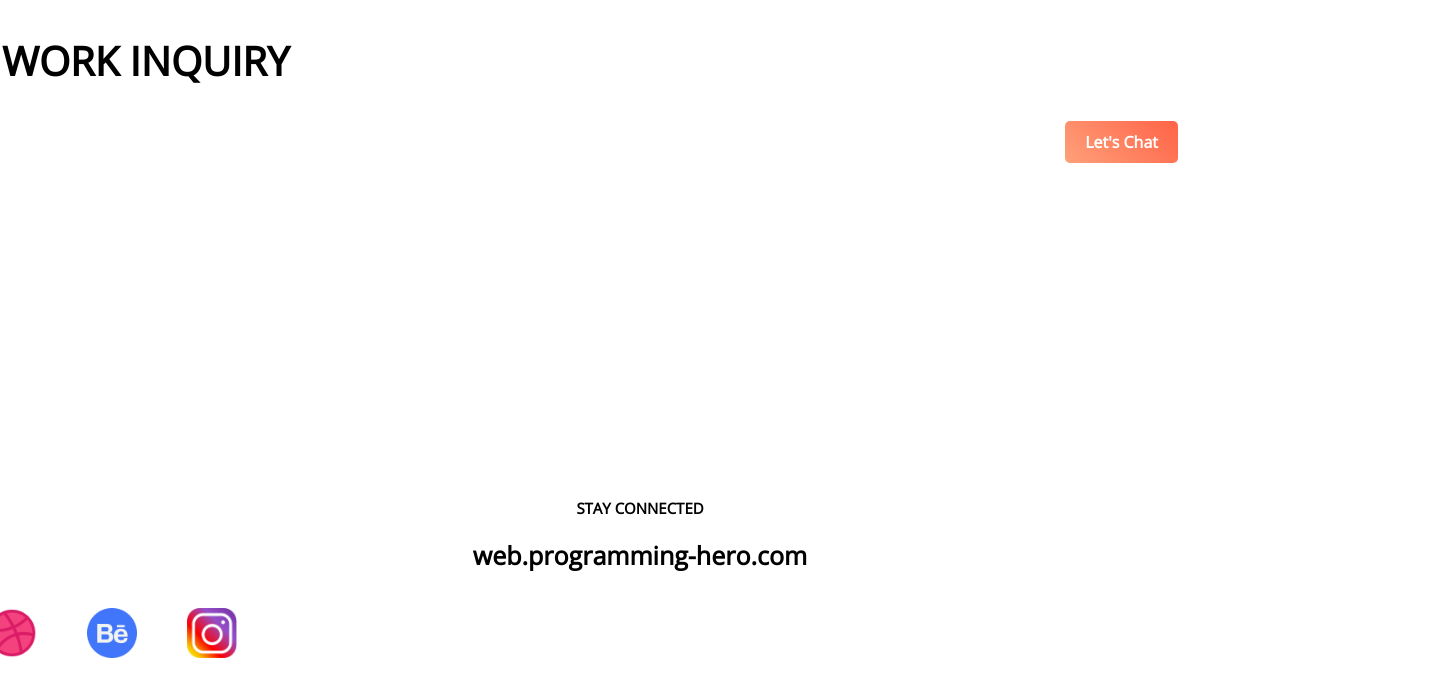
Repository: sabbircse3/personal-website
Page: index.html
The author's editor kept a copy of each file at every save. The page is drawn from the files as they stood at one save, then again after a run of saves.
The browser window is 1280 px wide. The page is 1442 px wide, so the pictures cover 1442 px, including what lies to the right of the window. The pictures show the part of the page from y = 2386 to 3079 px (the page is 3079 px tall).

Above is the page before, as saved 2021-01-06 03:47:47.

### index.html
<!DOCTYPE html>
<html lang="en">
<head>
    <title>personal-website</title>
    <link rel="preconnect" href="https://fonts.gstatic.com">
    <link href="https://fonts.googleapis.com/css2?family=Open+Sans&display=swap" rel="stylesheet">
    <link rel="stylesheet" href="style.css">
</head>
<body>

        <div class="menu-1">
            <ul id="menu">
                <li><a href="#">Contact</a></li>
                <li><a href="#">Protfolio</a></li>
                <li><a href="#">Work</a></li>
                <li><a href="#">About</a></li>
            </ul>
        </div>


    <section class="top-banner ">
        <div class="half-width">
            <h1>HELLO, I'M <br> <span class="name-highlight">SABBIR HASAN</span></h1>
            <p>A full stack allaround designer that placerat in massa consectetur</p>
            <a class="link-button" target="_blank" href="https://www.linkedin.com/company/programminghero/">HIRE ME</a>
        </div>

        <div class="half-width">
            <img src="images/sabbir1.png" alt="">
        </div>
    </section>

    <section class="about ">
        <div class="half-width">
            <img src="images/sabbir1.png" alt="">
        </div>

        <div class="half-width">
            <h2> ABOUT</h2>
            <p>Lorem Ipsum is simply dummy text of the printing and typesetting industry. Lorem Ipsum has been the industry's standard dummy text ever since the 1500s, when an unknown printer took a galley of type and scrambled it to make a type specimen book.</p>
            <a class="link-button" target="_blank" href="https://www.linkedin.com/company/programminghero/">Download CV</a>
        </div>

    </section>

    <section class="experience-area">
        <h2 id="head-center"><span class="name-highlight">LASTET</span> WORKING PROJECT</h2>
        <div id="first-project" class="half-width single-experience">
            <img  src="images/image 4.png" alt="" class="center">
            <h3>Power-x-gym (gym website)</h3>
            <p>Lorem Ipsum is simply dummy text of the printing and typesetting industry.</p>

        </div>

        <div id="next-project" class="half-width single-experience">
            <img src="images/image 5.png" alt="" class="center">
            <h3>Creative Agency</h3>
            <p>Lorem Ipsum is simply dummy text of the printing and typesetting industry.</p>

        </div>

        <div id="next-project" class="half-width single-experience">
            <img src="images/image 8.png" alt="" class="center">
            <h3>Hard Rock Music</h3>
            <p>Lorem Ipsum is simply dummy text of the printing and typesetting industry.</p>

        </div>

    </section>



    <section class="education">
        <h1> <span class="name-highlight">EDU</span>CATION</h1>
        <div id="bachelor" class="half-width single-experience">
            <h3>Bachelor of Science in Computer Science</h3>
            <h3 class="blue-highlight">Khwaja Yunus Ali University</h3>
            <h3 class="orange-highlight">2016-2020</h3>
            <p>It is a reputaed private university in this country Bangladesh.</p>
        </div>

        <div id="others" class="half-width single-experience">
            <h3>Higher School Certificate</h3>
            <h3 class="blue-highlight">Bhagopara Shahid Dhanesh Uddin School and Collage</h3>
            <h4 class="orange-highlight">2014-2016</h4>
            <p>It is one of the best collage in our north said of country</p>
        </div>

		<div id="others" class="half-width single-experience">
            <h3>Secoundary School Certificate</h3>
            <h3 class="blue-highlight">Rajapur High School</h3>
            <h4 class="orange-highlight">2009-2014</h4>
            <p>This school is one of the best school in my native area where i was bron.</p>
        </div>

    </section>


    <section>
        <div class="lowest-banner">
            <h2>WORK INQUIRY </h2>
        </div>

        <div>
            <a class="chat-button" target="_blank" href="https://www.linkedin.com/company/programminghero/">Let's Chat</a>
        </div>

    </section>


    <footer>
        <h3>STAY CONNECTED</h3>
        <h2>web.programming-hero.com</h2>
        <div class="chat">
            <div class="chat chat-experience">
                <img  src="images/image 6.png" alt="" class="center">
            </div>

            <div  class="chat chat-experience">
                <img src="images/Group 33059.png" alt="" class="center">
            </div>

            <div  class="chat chat-experience">
                <img src="images/image 7.png" alt="" class="center">
            </div>
        </div>

    </footer>




</body>
</html>

### style.css
body{
    font-family: 'Open Sans', sans-serif;
    margin: 2px;
    font-style: normal;
}
.menu-1{
	height: 90px;
}
#menu{
	list-style-type:none;
	width:900px;
	margin:10px auto;
}
#menu li{
	float:right;
}
#menu li a{
	color:black;
	text-decoration:none;
	padding:5px 10px;
}

h1{
    font-size: 50px;
}
h2{
    font-size: 40px;
}

.name-highlight{
    color: #FF8367;
}
.top-banner{

}
.half-width{
    width: 35%;
    float: left;
    margin-left: 5%;
    padding-left: 2%;
}
.half-width img{
    width: 100%;
}
section{
    height: 450px;
}
.link-button{
    text-decoration: none;
    background-image: linear-gradient(45deg, lightSalmon, tomato);
    padding: 10px 20px;
    border-radius: 5px;
    color: white;
    font-weight: 700;
}
#head-center{
    text-align: center;
    margin: 80px;
    padding: 50px;
}
.experience-area{
    background-color: #E5E5E5;
    background-position: left;
    width: 1440px;
    height: 814px;
}
.center {
    display: block;
    margin-left:-15px;
    margin-top: 15px;
    width: 50%;
  }
.orange-highlight{
    color: orange;
}
.single-experience{
    box-shadow: 0px 4px 4px rgba(0, 0, 0, 0.25);
    border-radius: 10px;
	height: 45%;
	width: 23%;
}
#first-project{
    background-color: white;
}
#next-project{
	background-color: white;
}

.education{
    background-image: url("images/exp-bg.png");
    background-repeat: no-repeat;
    background-position: left;
}
#bachelor{
    border-left: 7px solid;
    border-image: linear-gradient(180deg, lightSalmon, tomato);
    border-image-slice: 1;
    background-color: white;
    height: 55%;
	width: 25%;
}
#others{
    border-left: 7px solid;
    border-image: linear-gradient(180deg, blue, cyan);
    border-image-slice: 1;
    height: 55%;
	width: 25%;
}
.blue-highlight{
    color:rgba(0, 0, 139, 0.705);
}
.lowest-banner{


}
.chat-button{
    text-decoration: none;
    background-image: linear-gradient(45deg, lightSalmon, tomato);
    padding: 10px 20px;
    margin-right: 100px;
    border-radius: 5px;
    color: white;
    font-weight: 700;
    float: right;
}

footer h2{
    text-align: center;
    font-size: 25px;
}
footer h3{
    text-align: center;
    font-size: 15px;
}
.chat{
    mar
}
.chat-experience{
	height: 100px;
    width: 100px;
    display: block;
    float:left;
}

After the next 5 saves:
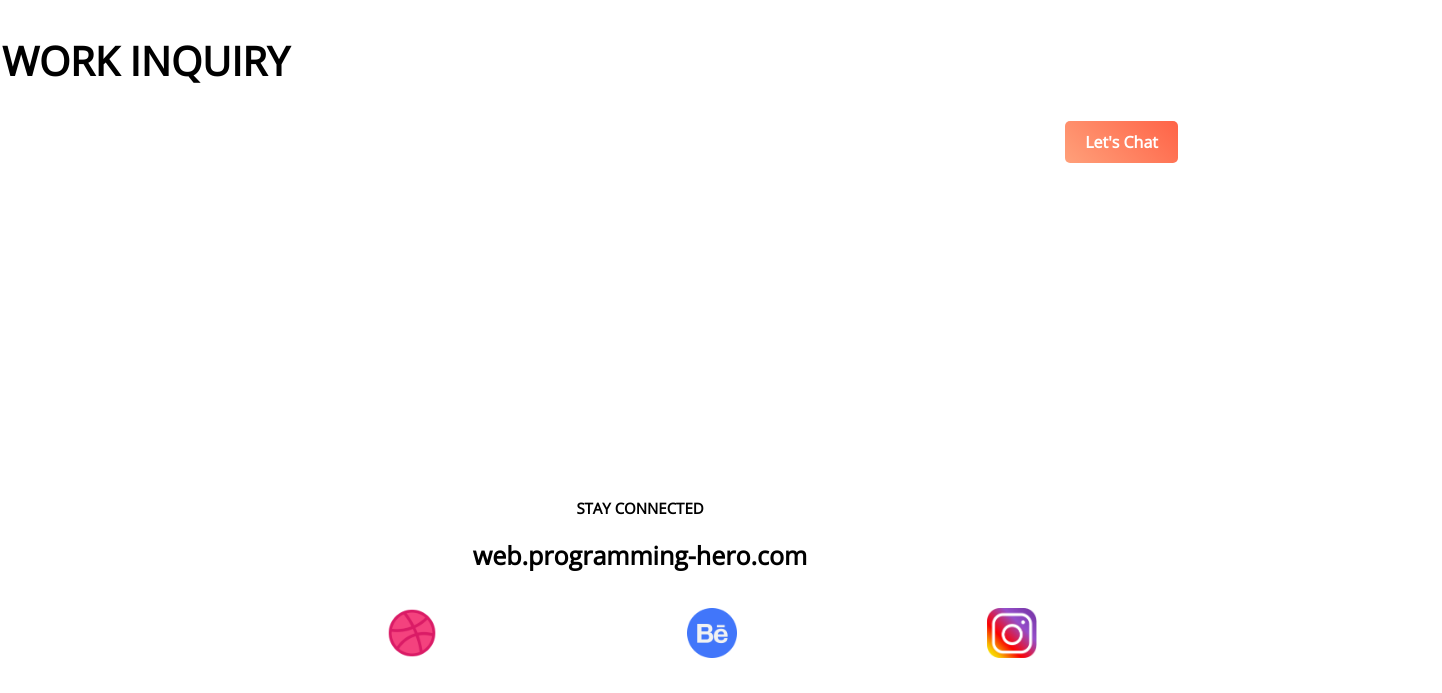
The 5 saves are shown as one change because they came seconds apart.
The last was saved 22 s later.
--- a/style.css
+++ b/style.css
@@ -133,7 +133,7 @@ footer h3{
     font-size: 15px;
 }
 .chat{
-    mar
+    margin-left: 200px;
 }
 .chat-experience{
 	height: 100px;
